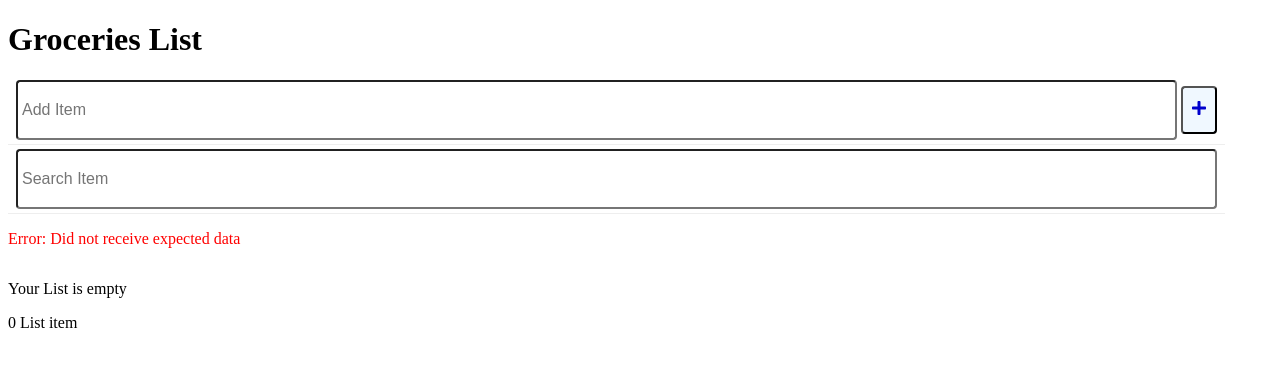
Repository: akinmiday/react-series
Page: /
These files come from the project's save history. The page is drawn as it stood at one moment and after the next save; the edit follows.
The browser window is 1280 px wide. The pictures show the whole page.
The page's requests for data from a server got no answer. The project was rebuilt for these pictures with package versions that can differ from the ones it lists, and the page was loaded fresh each time. No one was signed in, and anything a server would have sent is missing. Also part of the build but not shown: vite.config.js, src/LineItem.jsx, src/ItemList.jsx, src/index.css.

Above is the page before, as saved 2023-08-22 15:04:09.

### src/App.jsx
import { useState, useEffect } from 'react'
import './App.css'
import Content from './Content'
import Footer from './Footer'
import Header from './Header'
import AddItem from './AddItem'
import SearchItem from './SearchItem'

const App = () => {

  const API_URL = 'http://localhost:3500/itemss'

  const [items, setItems] = useState([])
  const [newItem, setNewItem] = useState('')
  const [search, setSearch] = useState('')
  const [fetchError, setFetchError] = useState(null)


  useEffect(() => {

    const fetchItems = async () => {
      try {
        const response = await fetch(API_URL)
        if (!response.ok) throw Error('Did not receive expected data')
        const listItems = await response.json()
        console.log(listItems)
        setItems(listItems)
        setFetchError(null)
      } catch (err) {
        setFetchError(err.message)
      }
    }

    (async () => await fetchItems())()
  }, [])



  const addItem = (item) => {
    const id = items.length ? items[items.length - 1].id + 1 : 1;
    const myNewItem = { id, checked: false, item }
    const listItems = [...items, myNewItem]
    setItems(listItems)
  }


  const handleCheck = (id) => {
    const listItems = items.map((item) => item.id === id ? { ...item, checked: !item.checked } : item)
    setItems(listItems)
  }


  const handleDelete = (id) => {
    const listItems = items.filter((item) => item.id !== id)
    setItems(listItems)
  }


  const handleSubmit = (e) => {
    e.preventDefault()
    if (!newItem) return
    addItem(newItem)
    setNewItem('')
  }

  return (
    <>
      <Header title="Groceries List" />

      <AddItem
        newItem={newItem}
        setNewItem={setNewItem}
        handleSubmit={handleSubmit}
      />

      <SearchItem
        search={search}
        setSearch={setSearch}
      />

      <main>
        {fetchError && <p style={{ color: 'red' }}  >{`Error: ${fetchError}`}</p>}
        <Content
          items={items.filter(item => ((item.item).toLowerCase()).includes(search.toLowerCase()))}
          handleCheck={handleCheck}
          handleDelete={handleDelete}
        />
      </main>
      <Footer length={items.length} />
    </>
  )
}

export default App

### src/App.css
ul {
    width: 95%;
    list-style: none;
    padding: 0 0.25rem 0.25rem;
}

ul li::before{
    content: "\200B";
}

.item{
    display: flex;
    justify-content: flex-start;
    align-items: center;
    padding: 0.5rem 0 0.5rem 0.5rem;
    margin: 0.25rem 0;
    background-color: #eee;
}

.item input[type="checkbox"] {
    text-align: center;
    width: 2.5rem;
    width: 48px;
    min-width: 48px;
    height: 2.5rem;
    height: 48px;
    min-height: 48px;
    cursor: pointer;
    margin-right: 0.5rem;
}

.item input[type="checkbox"]:focus + label{
text-decoration: underline;
}

.item > label{
    font-size: 0.7rem;
    flex-grow: 1;
}

.item svg{
    width: 48px;
    min-width: 48px;
    height: 36px;
    font-size: 2px;
    color: steelblue;
    cursor: pointer;
}

.item svg:focus,
.item svg:hover{
    color: red;
    outline: none;
}

.addForm{
    width: 95%;
    display: flex;
    justify-content: flex-start;
    align-items: center;
    margin: 0.5rem 0 0;
    padding: 0 0.5rem 0.25rem;
    border-bottom: 1px solid #eee;
}

.addForm label{
    position: absolute;
    left: -99999px;
}

.addForm input[type='text']{
    flex-grow: 1;
    max-width: calc(100% - 50px);
    min-height: 48px;
    font-size: 1rem;
    padding: 0.25rem ;
    border-radius: 0.25rem;
    margin-right: 0.25rem;
    outline: none;
}

button{
    height: 48px;
    min-height: 48px;
    border-radius: 0.25rem;
    padding: 0.5rem;
    font-size: 1rem;
    background-color: aliceblue;
    color: mediumblue;
    cursor: pointer;
}

button:focus,
button:hover{
    color:white;
    background-color: limegreen;
    outline: none;
}

.searchForm {
    width: 95%;
    display: flex;
    justify-content: flex-start;
    margin: 0.25rem 0 0;
    padding: 0 0.5rem 0.25rem;
    border-bottom: 1px solid #eee;
}

.searchForm label {
    position: absolute;
    left: -9999px
}

.searchForm input[type='text']{
    flex-grow: 1;
    max-width: 100%;
    min-height: 48px;
    font-size: 1rem;
    padding: 0.25rem;
    border-radius: 0.25rem;
    outline: none;
}

### src/Content.jsx
/* eslint-disable react/prop-types */

import ItemList from "./ItemList"


const Content = ({ items, handleCheck, handleDelete }) => {

    return (
        <>
            {items.length ? (
                <ItemList
                    items={items}
                    handleCheck={handleCheck}
                    handleDelete={handleDelete}
                />
            ) : (
                <p style={{ marginTop: '2rem' }} >Your List is empty</p >
            )}
        </>
    )
}

export default Content

### src/Footer.jsx
// eslint-disable-next-line react/prop-types
const Footer = ({ length }) => {

  return (
    <div>
      <p>{length} List {length <= 1 ? "item" : "items"}  </p>
    </div>
  )
}

export default Footer

### src/Header.jsx
// eslint-disable-next-line react/prop-types
const Header = ({ title }) => {
    return (
        <header>
            <h1>{title}</h1>
        </header>
    )
}

export default Header

### src/AddItem.jsx
import { FaPlus } from "react-icons/fa"
import { useRef } from "react"

// eslint-disable-next-line react/prop-types
function AddItem({ newItem, setNewItem, handleSubmit }) {

    const inputRef = useRef()

    return (
        <form className="addForm" onSubmit={handleSubmit} >
            <label htmlFor="addItem">Add Item</label>
            <input
                autoFocus
                ref={inputRef}
                id="addItem"
                type="text"
                placeholder="Add Item"
                required
                value={newItem}
                onChange={(e) => setNewItem(e.target.value)}
            />
            <button
                type="submit"
                aria-label="Add Item"
                onClick={() => inputRef.current.focus()}
            >
                <FaPlus />
            </button>

        </form>
    )
}

export default AddItem

### src/SearchItem.jsx
// eslint-disable-next-line react/prop-types
const SearchItem = ({ search, setSearch }) => {
    return (
        <form className="searchForm" onSubmit={(e) => e.preventDefault()} >
            <label htmlFor="search" >Search</label>
            <input
                id='search'
                type='text'
                role='searchbox'
                placeholder="Search Item"
                value={search}
                onChange={(e) => setSearch(e.target.value)}
            />
        </form>
    )
}

export default SearchItem

Loaded but not shown: index.html (common file); src/main.jsx (common file)

After the next save:
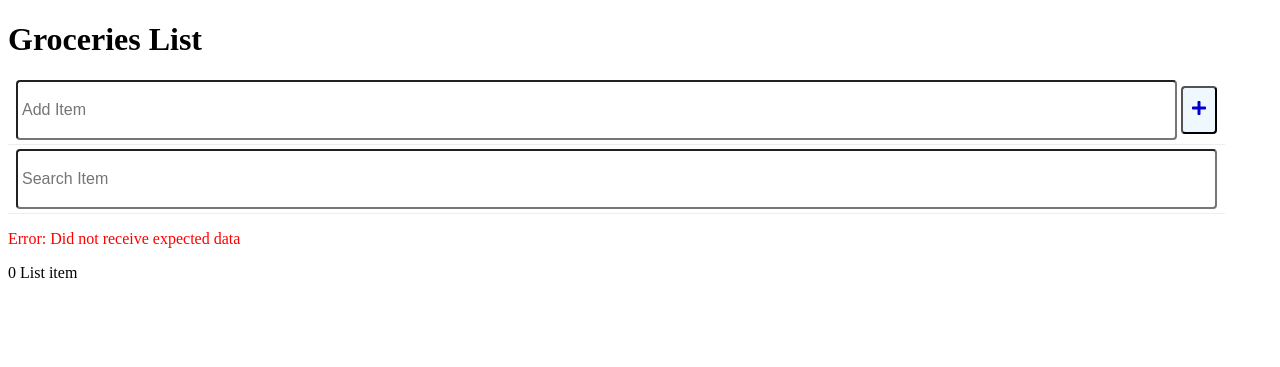
Saved 6 min 11 s later.
--- a/src/App.jsx
+++ b/src/App.jsx
@@ -80,11 +80,11 @@ const App = () => {
 
       <main>
         {fetchError && <p style={{ color: 'red' }}  >{`Error: ${fetchError}`}</p>}
-        <Content
+        {!fetchError && <Content
           items={items.filter(item => ((item.item).toLowerCase()).includes(search.toLowerCase()))}
           handleCheck={handleCheck}
           handleDelete={handleDelete}
-        />
+        />}
       </main>
       <Footer length={items.length} />
     </>
